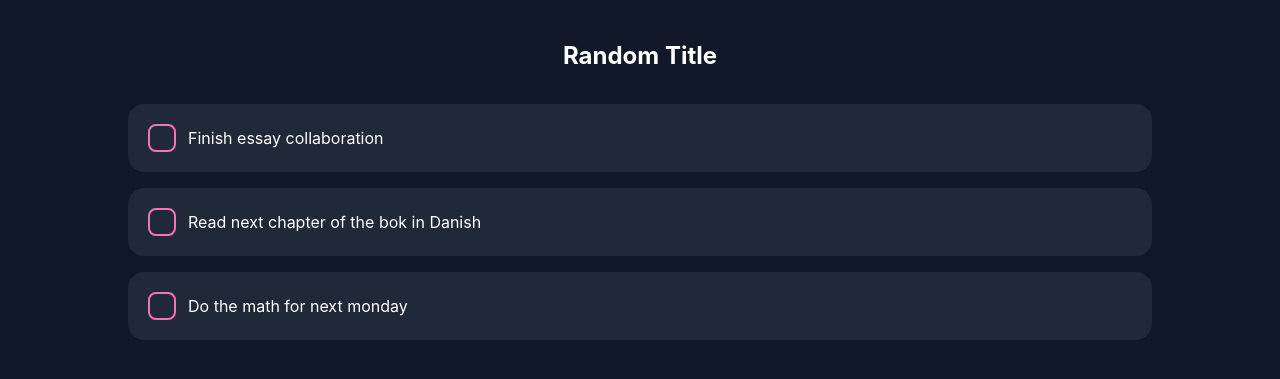
Repository: VachArt/react-exam-work
Page: /about
These files come from the project's save history. The page is drawn as it stood at one moment and after the next save; the edit follows.
The browser window is 1280 px wide. The pictures show the whole page.
The project was rebuilt for these pictures with package versions that can differ from the ones it lists, and the page was loaded fresh each time.

Above is the page before, as saved 2022-04-27 20:02:41.

### src/index.jsx
import React from 'react'
import ReactDOM from 'react-dom/client'
import './index.css'
import Home from './components/pages/Home/Home'
import Layout from './components/layout/Layout'

const root = ReactDOM.createRoot(document.getElementById('root'));
root.render(
  <React.StrictMode>
    <Layout>
      <Home />
    </Layout>
  </React.StrictMode>
);

### src/components/pages/Home/Home.jsx
import React, { useState } from 'react'
import TodoItem from './item/TodoItem'

const data = [
    {
        _id: "efnejhj",
        title: "Finish essay collaboration",
        isCompleted: false,
    },
    {
        _id: "efnejhrrrr",
        title: "Read next chapter of the bok in Danish",
        isCompleted: false,
    },
    {
        _id: "efnejhj2323",
        title: "Do the math for next monday",
        isCompleted: false,
    }
]

const Home = () => {
    const [todos, setTodos] = useState(data)

    const changeTodo = (id) => {
        const copy = [...todos]
        const current = copy.find(t => t._id === id)
        current.isCompleted = !current.isCompleted
        setTodos(copy)
    }

    return (
        <div className='text-white w-4/5 mx-auto'>
            <h1 className='text-2xl font-bold text-center mb-8'>Random Title</h1>
            {todos.map(todo => (
                <TodoItem key={todo._id} todo={todo} changeTodo={changeTodo} />
            ))}
        </div>
    )
}

export default Home

### src/components/layout/Layout.jsx
import React from 'react'

const Layout = ({ children }) => {
    return <div className='py-10 bg-gray-900 h-screen'>{children}</div>
}

export default Layout

### src/components/pages/Home/item/TodoItem.jsx
import React from 'react'
import Check from './Check'

const TodoItem = ({todo, changeTodo}) => {
    return (
        <button className='flex items-center mb-4 rounded-2xl bg-gray-800 p-5 w-full'
            onClick={() => changeTodo(todo._id)}
        >
            <Check isCompleted={todo.isCompleted} />
            {todo.title}
        </button>
    )
}



export default TodoItem

### src/components/pages/Home/item/Check.jsx
import React from 'react'
import {BsCheck} from 'react-icons/bs'


const Check = ({isCompleted}) => {
    return (
        <div className={`border-2 rounded-lg border-pink-400
            ${isCompleted ? 'bg-pink-400' : ''}
            w-7 h-7 mr-3 flex items-center justify-center`}
        >
            {isCompleted && <BsCheck size={24}
            className='text-gray-900'/>}
        </div>
    )
}

export default Check

Loaded but not shown: public/index.html (common file); src/index.css (common file); tailwind.config.js (common file)

After the next save:
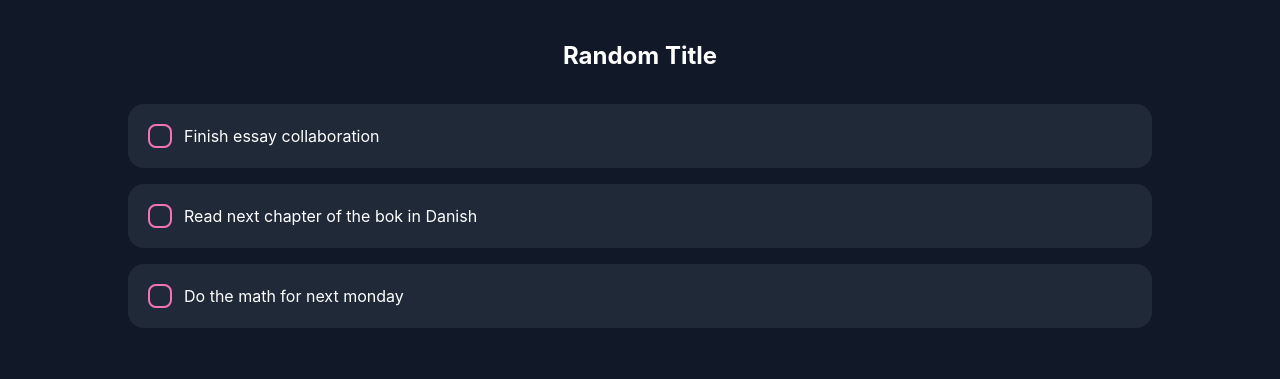
Saved 58 s later.
--- a/src/components/pages/Home/item/Check.jsx
+++ b/src/components/pages/Home/item/Check.jsx
@@ -6,7 +6,7 @@ const Check = ({isCompleted}) => {
     return (
         <div className={`border-2 rounded-lg border-pink-400
             ${isCompleted ? 'bg-pink-400' : ''}
-            w-7 h-7 mr-3 flex items-center justify-center`}
+            w-6 h-6 mr-3 flex items-center justify-center`}
         >
             {isCompleted && <BsCheck size={24}
             className='text-gray-900'/>}
